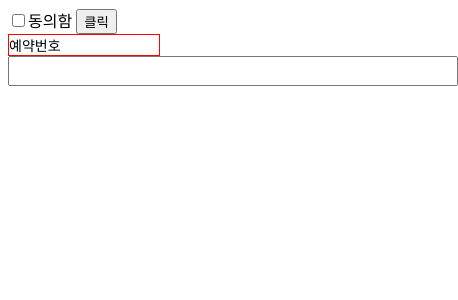
Repository: mekeyace/portfolio
Page: http://localhost/web/check.jsp
An editor plug-in stored every save of this project. The page is shown before and after the next save, followed by the edit.
The browser window is 375 px wide. The page is 458 px wide, then 375 px, so the pictures cover 458 px, including what lies to the right of the window. The pictures show the whole page.
The page is served by Tomcat 9.

Above is the page before, as saved 2023-06-22 03:00:40.

After the next save:
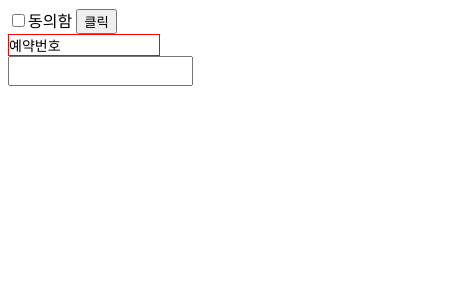
Saved 25 s later.
--- a/maven/web/src/main/webapp/check.jsp
+++ b/maven/web/src/main/webapp/check.jsp
@@ -11,7 +11,7 @@
 @media screen and (min-width:340px) and (max-width:560px){
 .ins {
 windth:100%;
-min-width:450px;
+max-width:450px;
 height:30px;
 box-sizing: border-box;
 }
